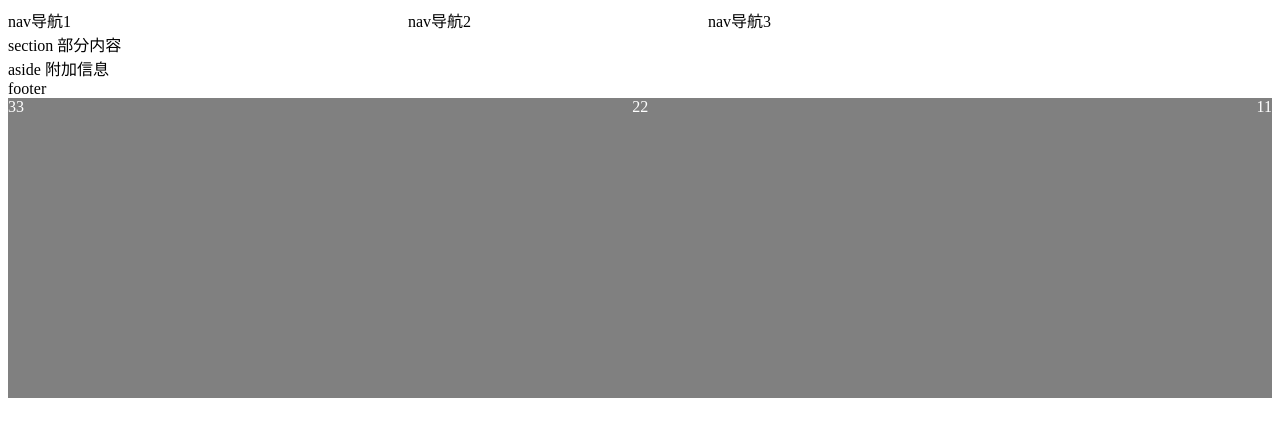
Repository: huangjianeng/front-end-study
Page: vue原理/html/flex.html
The author's editor kept a copy of each file at every save. The page is drawn from the files as they stood at one save, then again after the next save.
The browser window is 1280 px wide. The pictures show the whole page.

Above is the page before, as saved 2020-07-31 11:46:43.

After the next save:
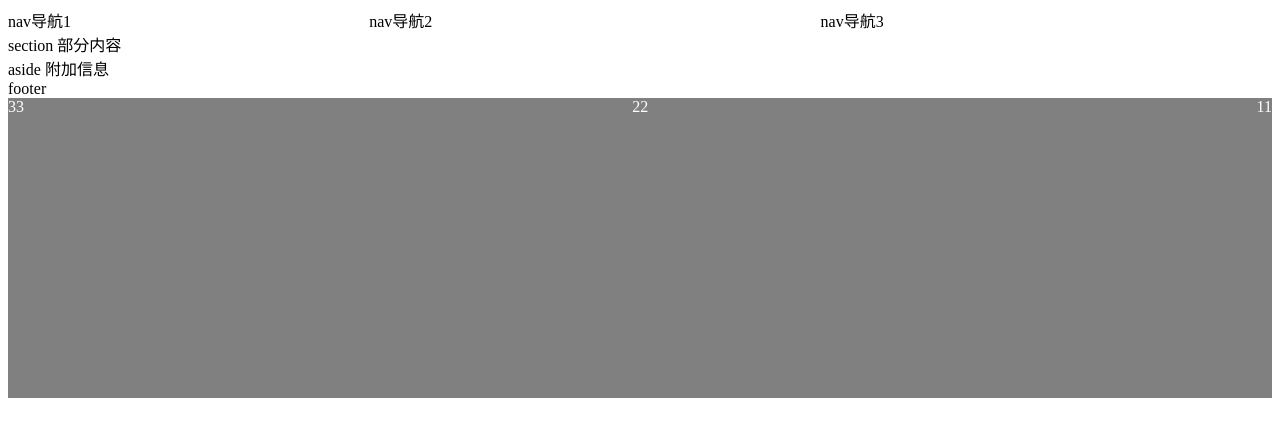
Saved 31 s later.
--- a/vue原理/html/flex.html
+++ b/vue原理/html/flex.html
@@ -19,7 +19,7 @@
     nav{
         flex-grow: 0;    /* 默认为0  不放大    */
         flex-shrink: 1;   /* 默认为1  空间不足等比缩小 */
-        width: 300px;
+        width: 500px;
     }
     nav:nth-child(1){
         flex-basis: 400px;
